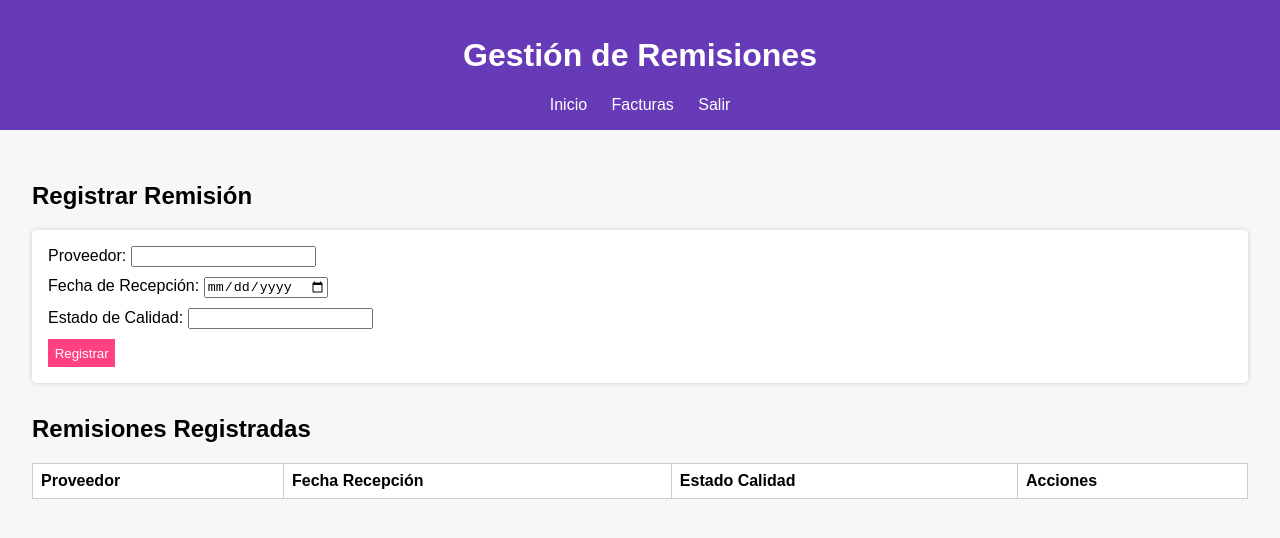
Repository: djkeviin/Mi-primera-chamba
Page: views/remisiones.html
These files come from the project's save history. The page is drawn as it stood at one moment and after the next save; the edit follows.
The browser window is 1280 px wide. The pictures show the whole page.

Above is the page before, as saved 2025-05-02 00:15:40.

### views/remisiones.html
<!DOCTYPE html>
<html lang="es">
<head>
  <meta charset="UTF-8">
  <title>Gestión de Remisiones</title>
  <link rel="stylesheet" href="../css/remisiones.css">
</head>
<body>
  <header>
    <h1>Gestión de Remisiones</h1>
    <nav>
      <a href="dashboard.html">Inicio</a>
      <a href="facturas.html">Facturas</a>
      <a href="../index.html">Salir</a>
    </nav>
  </header>

  <main>
    <section class="formulario">
      <h2>Registrar Remisión</h2>
      <form id="formRemision">
        <label>Proveedor:
          <input type="text" name="proveedor" required>
        </label>
        <label>Fecha de Recepción:
          <input type="date" name="fechaRecepcion" required>
        </label>
        <label>Estado de Calidad:
          <input type="text" name="estadoCalidad" required>
        </label>
        <button type="submit">Registrar</button>
      </form>
    </section>

    <section class="lista">
      <h2>Remisiones Registradas</h2>
      <table>
        <thead>
          <tr>
            <th>Proveedor</th>
            <th>Fecha Recepción</th>
            <th>Estado Calidad</th>
            <th>Acciones</th>
          </tr>
        </thead>
        <tbody id="tablaRemisiones">
          <!-- Datos dinámicos -->
        </tbody>
      </table>
    </section>
  </main>

  <script src="../js/remisiones.js"></script>
</body>
</html>

### css/remisiones.css
body {
    font-family: Arial, sans-serif;
    margin: 0;
    padding: 0;
    background: #f7f7f7;
  }

  header {
    background: #673ab7;
    color: white;
    padding: 1em;
    text-align: center;
  }

  nav a {
    color: white;
    margin: 0 10px;
    text-decoration: none;
  }

  main {
    padding: 2em;
  }

  form {
    background: white;
    padding: 1em;
    border-radius: 5px;
    box-shadow: 0 0 5px #ccc;
    margin-bottom: 2em;
  }

  label {
    display: block;
    margin-bottom: 10px;
  }

  table {
    width: 100%;
    border-collapse: collapse;
    background: white;
  }

  th, td {
    border: 1px solid #ccc;
    padding: 0.5em;
    text-align: left;
  }

  button {
    background: #ff4081;
    color: white;
    border: none;
    padding: 0.5em;
    cursor: pointer;
  }

  button:hover {
    background: #f50057;
  }

### js/remisiones.js
document.getElementById("formRemision").addEventListener("submit", function(e) {
    e.preventDefault();

    const producto = this.producto.value;
    const cantidad = this.cantidad.value;
    const fecha = this.fecha.value;
    const proveedor = this.proveedor.value;
    const observaciones = this.observaciones.value;

    const tabla = document.getElementById("tablaRemisiones");
    const fila = document.createElement("tr");

    fila.innerHTML = `
      <td>${producto}</td>
      <td>${cantidad}</td>
      <td>${fecha}</td>
      <td>${proveedor}</td>
      <td><button onclick="eliminarFila(this)">Eliminar</button></td>
    `;

    tabla.appendChild(fila);
    this.reset();
  });

  function eliminarFila(btn) {
    const fila = btn.parentNode.parentNode;
    fila.remove();
  }

After the next save:
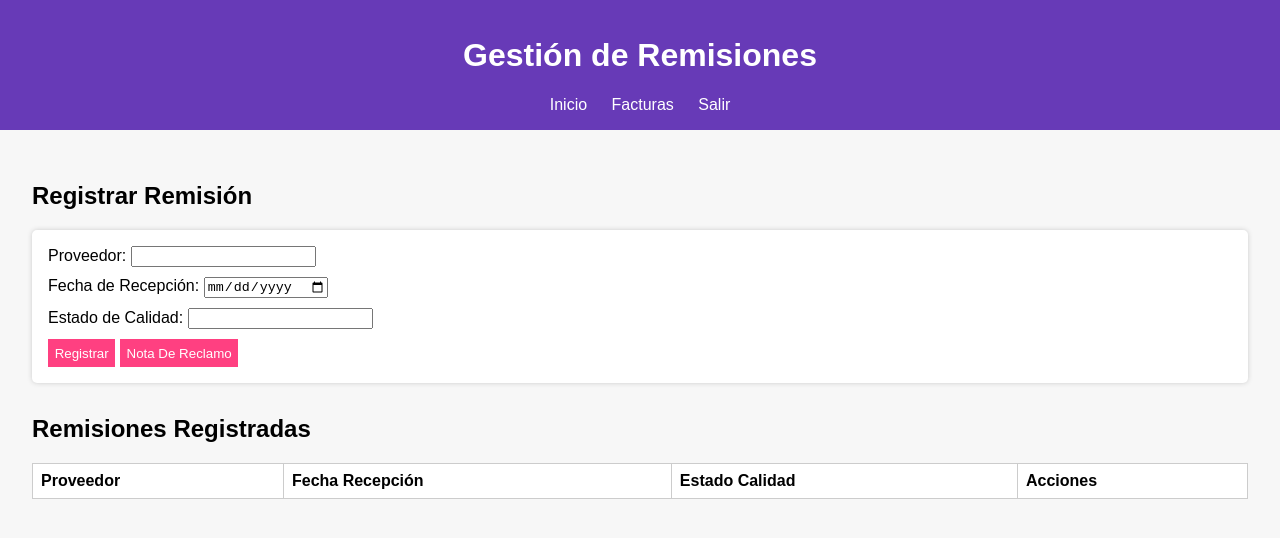
Saved 11 min 8 s later.
--- a/views/remisiones.html
+++ b/views/remisiones.html
@@ -29,6 +29,7 @@
           <input type="text" name="estadoCalidad" required>
         </label>
         <button type="submit">Registrar</button>
+        <button type="submit">Nota De Reclamo</button>
       </form>
     </section>
 
